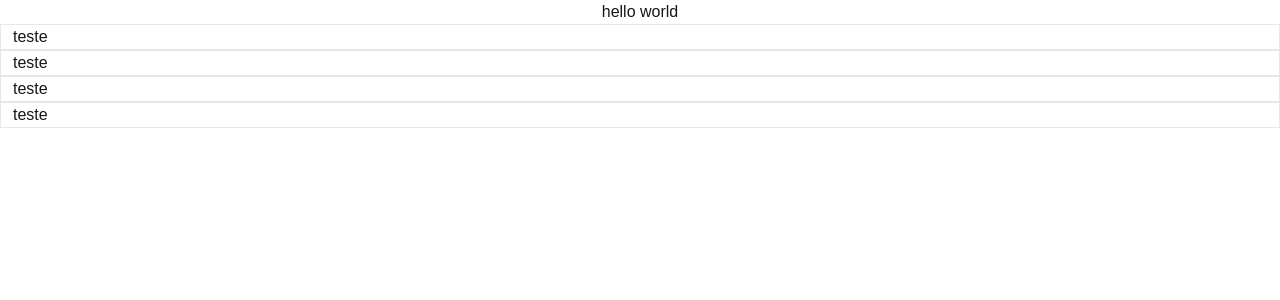
Repository: vitorbelluzzo/CountryInformationApp
Page: / (app in fe/)
The author's editor kept a copy of each file at every save. The page is drawn from the files as they stood at one save, then again after the next save.
The browser window is 1280 px wide. The pictures show the whole page.
The project was rebuilt for these pictures with package versions that can differ from the ones it lists, and the page was loaded fresh each time. The framework's server and built-in components were replaced by stand-ins that run in the browser. Also part of the build but not shown: fe/next.config.ts.

Above is the page before, as saved 2024-10-29 13:52:25.

### fe/src/app/page.tsx
// import { useEffect, useState } from "react";

// interface CountryProps {
//   countryCode: string;
//   name: string;
// }
export default function Home() {
  // const [countries, setCountries] = useState<CountryProps[]>([]);

  // useEffect(() => {
  //   const findCountries = async () => {
  //     const response = await fetch("http://localhost:3560/AvailableCountries");

  //     const data = response.json();

  //     if (Array.isArray(data)) {
  //       setCountries(data);
  //     } else {
  //       console.log("Data fetched is not an array", data);
  //     }
  //   };
  //   findCountries();
  // }, []);

  return (
    <div>
      <p className="text-center">hello world</p>
      <div className="grid">
        <div className="border h-auto w-auto text-start px-3">teste</div>
        <div className="border h-auto w-auto text-start px-3">teste</div>
        <div className="border h-auto w-auto text-start px-3">teste</div>
        <div className="border h-auto w-auto text-start px-3">teste</div>
      </div>
    </div>
  );
}

Loaded but not shown: fe/src/app/layout.tsx (common file); fe/src/app/globals.css (common file); fe/tailwind.config.ts (common file)

After the next save:
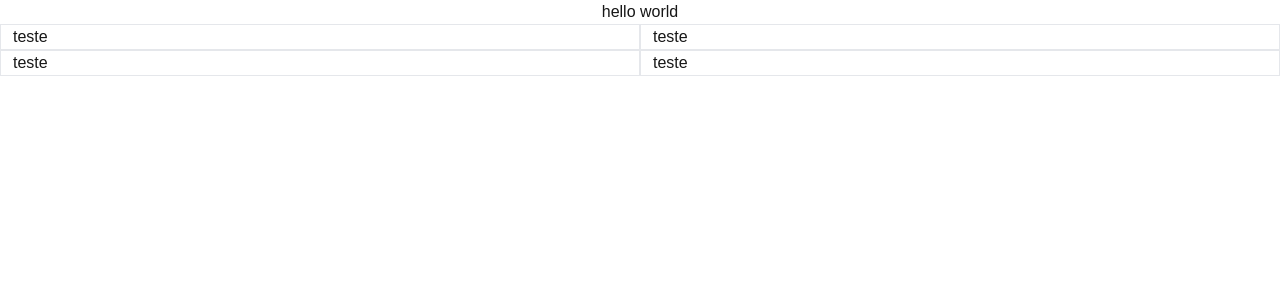
Saved 8 s later.
--- a/fe/src/app/page.tsx
+++ b/fe/src/app/page.tsx
@@ -25,7 +25,7 @@ export default function Home() {
   return (
     <div>
       <p className="text-center">hello world</p>
-      <div className="grid">
+      <div className="grid grid-cols-2">
         <div className="border h-auto w-auto text-start px-3">teste</div>
         <div className="border h-auto w-auto text-start px-3">teste</div>
         <div className="border h-auto w-auto text-start px-3">teste</div>
